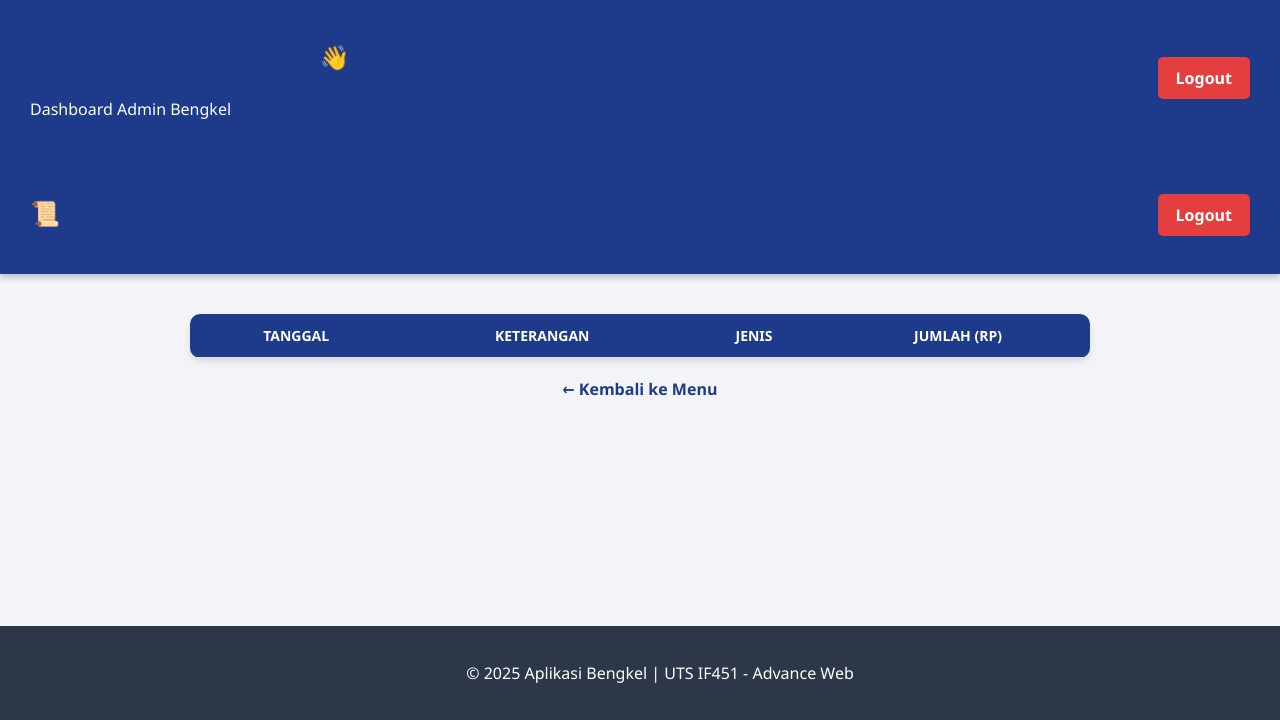
Repository: eligrahphilip/bengkel_managemen
Page: views/admin-history.ejs
The author's editor kept a copy of each file at every save. The page is drawn from the files as they stood at one save, then again after the next save.
The browser window is 1280 px wide. The pictures show the whole page.
The page is served by the project's Node server (server.js). The template is opened directly, without the code that normally fills it, so the values that code supplies are empty.

Above is the page before, as saved 2025-10-10 21:23:23.

### views/admin-history.ejs
<%- include('partials/header') %>
<link rel="stylesheet" href="/css/admin/admin-history.css">

<header>
  <h2>📜 Riwayat Transaksi</h2>
  <a href="/logout" class="logout-btn">Logout</a>
</header>

<main class="history-page">
  <table>
    <thead>
      <tr>
        <th>Tanggal</th>
        <th>Keterangan</th>
        <th>Jenis</th>
        <th>Jumlah (Rp)</th>
      </tr>
    </thead>
    <tbody>
      <% transactions.forEach(t => { %>
        <tr>
          <td><%= t.tanggal %></td>
          <td><%= t.keterangan || '-' %></td>
          <td class="<%= t.jenis === 'income' ? 'income' : 'expense' %>">
            <%= t.jenis === "income" ? "Pemasukan" : "Pengeluaran" %>
          </td>
          <td>Rp <%= t.jumlah.toLocaleString() %></td>
        </tr>
      <% }) %>
    </tbody>
  </table>

  <div class="back-link">
    <a href="/admin/menu">← Kembali ke Menu</a>
  </div>
</main>

<%- include('partials/footer') %>

### views/partials/header.ejs
<header>
  <div class="header-text">
    <h2>Selamat Datang, <%= user?.username || 'Admin' %> 👋</h2>
    <p>Dashboard Admin Bengkel</p>
  </div>
  <a href="/logout" class="logout-btn">Logout</a>
</header>

### views/partials/footer.ejs
<footer>
  <p>© 2025 Aplikasi Bengkel | UTS IF451 - Advance Web</p>
</footer>

### server.js
const express = require("express");
const path = require("path");
const fs = require("fs");
const bodyParser = require("body-parser");
const session = require("express-session");

const app = express();
const PORT = 3000;

// Middleware
app.use(bodyParser.urlencoded({ extended: true }));
app.use(express.static("public"));
app.use(
  session({
    secret: "bengkel-secret",
    resave: false,
    saveUninitialized: true,
  })
);

// Set EJS
app.set("view engine", "ejs");
app.set("views", path.join(__dirname, "views"));

// File data
const usersPath = path.join(__dirname, "data", "users.json");
const transPath = path.join(__dirname, "data", "transactions.json");

// === ROUTES ===

// Login
app.get("/", (req, res) => {
  res.render("login", { error: null });
});

// Proses login
app.post("/login", (req, res) => {
  const { username, password } = req.body;
  const users = JSON.parse(fs.readFileSync(usersPath));
  const user = users.find(
    (u) => u.username === username && u.password === password
  );

  if (!user) return res.render("login", { error: "Username atau password salah!" });

  req.session.user = user;
  if (user.role === "admin") return res.redirect("/admin/menu");
  else return res.redirect("/user");
});

// Logout
app.get("/logout", (req, res) => {
  req.session.destroy();
  res.redirect("/");
});

// === ADMIN ===

// Menu utama admin
app.get("/admin/menu", (req, res) => {
  if (!req.session.user || req.session.user.role !== "admin")
    return res.redirect("/");
  res.render("admin-menu", { user: req.session.user });
});

// Pencatatan Pemasukan
app.get("/admin/income", (req, res) => {
  if (!req.session.user || req.session.user.role !== "admin")
    return res.redirect("/");
  res.render("admin-income", { user: req.session.user });
});

// Pencatatan Pengeluaran
app.get("/admin/expense", (req, res) => {
  if (!req.session.user || req.session.user.role !== "admin")
    return res.redirect("/");
  res.render("admin-expense", { user: req.session.user });
});

// Tambah transaksi
app.post("/admin/add", (req, res) => {
  const { tanggal, keterangan, jumlah, jenis } = req.body;
  const transactions = JSON.parse(fs.readFileSync(transPath));

  const newTrans = {
    id: Date.now(),
    tanggal,
    keterangan,
    jumlah: parseFloat(jumlah),
    jenis, // income / expense
  };

  transactions.push(newTrans);
  fs.writeFileSync(transPath, JSON.stringify(transactions, null, 2));

  res.redirect("/admin/history");
});

// Riwayat transaksi
app.get("/admin/history", (req, res) => {
  if (!req.session.user || req.session.user.role !== "admin")
    return res.redirect("/");
  const transactions = JSON.parse(fs.readFileSync(transPath));
  res.render("admin-history", { user: req.session.user, transactions });
});

// Laporan Keuangan
app.get("/report", (req, res) => {
  if (!req.session.user || req.session.user.role !== "admin")
    return res.redirect("/");

  const transactions = JSON.parse(fs.readFileSync(transPath));

  const totalIncome = transactions
    .filter((t) => t.jenis === "income")
    .reduce((sum, t) => sum + t.jumlah, 0);

  const totalExpense = transactions
    .filter((t) => t.jenis === "expense")
    .reduce((sum, t) => sum + t.jumlah, 0);

  const saldo = totalIncome - totalExpense;

  res.render("report", {
    user: req.session.user,
    transactions,
    totalIncome,
    totalExpense,
    saldo,
  });
});

// === USER ===
app.get("/user", (req, res) => {
  if (!req.session.user || req.session.user.role !== "user")
    return res.redirect("/");
  res.render("user-catalog", { user: req.session.user });
});

app.listen(PORT, () =>
  console.log(`Server running on http://localhost:${PORT}`)
);

### public/css/admin/admin-history.css
body {
  font-family: "Segoe UI", Tahoma, Geneva, Verdana, sans-serif;
  background-color: #f2f4f7;
  margin: 0;
  padding-bottom: 80px; /* biar konten gak ketutupan footer */
}

header {
  background-color: #1E3A8A;
  color: white;
  padding: 20px 30px;
  display: flex;
  justify-content: space-between;
  align-items: center;
  box-shadow: 0 4px 6px rgba(0, 0, 0, 0.2);
}

.logout-btn {
  background-color: #e53e3e;
  color: white;
  padding: 10px 18px;
  border-radius: 5px;
  text-decoration: none;
  font-weight: bold;
  transition: 0.3s;
}

.logout-btn:hover {
  background-color: #c53030;
}

main {
  padding: 40px;
  max-width: 900px;
  margin: 0 auto;
}

h2 {
  text-align: center;
  margin-bottom: 25px;
  color: #1E3A8A;
}

table {
  width: 100%;
  border-collapse: collapse;
  background: white;
  box-shadow: 0 4px 6px rgba(0,0,0,0.1);
  border-radius: 10px;
  overflow: hidden;
}

th, td {
  padding: 12px;
  border-bottom: 1px solid #ddd;
  text-align: center;
}

th {
  background-color: #1E3A8A;
  color: white;
  text-transform: uppercase;
  font-size: 14px;
}

tr:hover {
  background-color: #f9fafb;
}

.income {
  color: #16a34a;
  font-weight: bold;
}

.expense {
  color: #dc2626;
  font-weight: bold;
}

.back-link {
  text-align: center;
  margin-top: 20px;
}

.back-link a {
  color: #1E3A8A;
  text-decoration: none;
  font-weight: bold;
}

.back-link a:hover {
  text-decoration: underline;
}

footer {
  text-align: center;
  padding: 20px;
  background-color: #2d3748;
  color: white;
  position: fixed;
  bottom: 0;
  width: 100%;
}

After the next save:
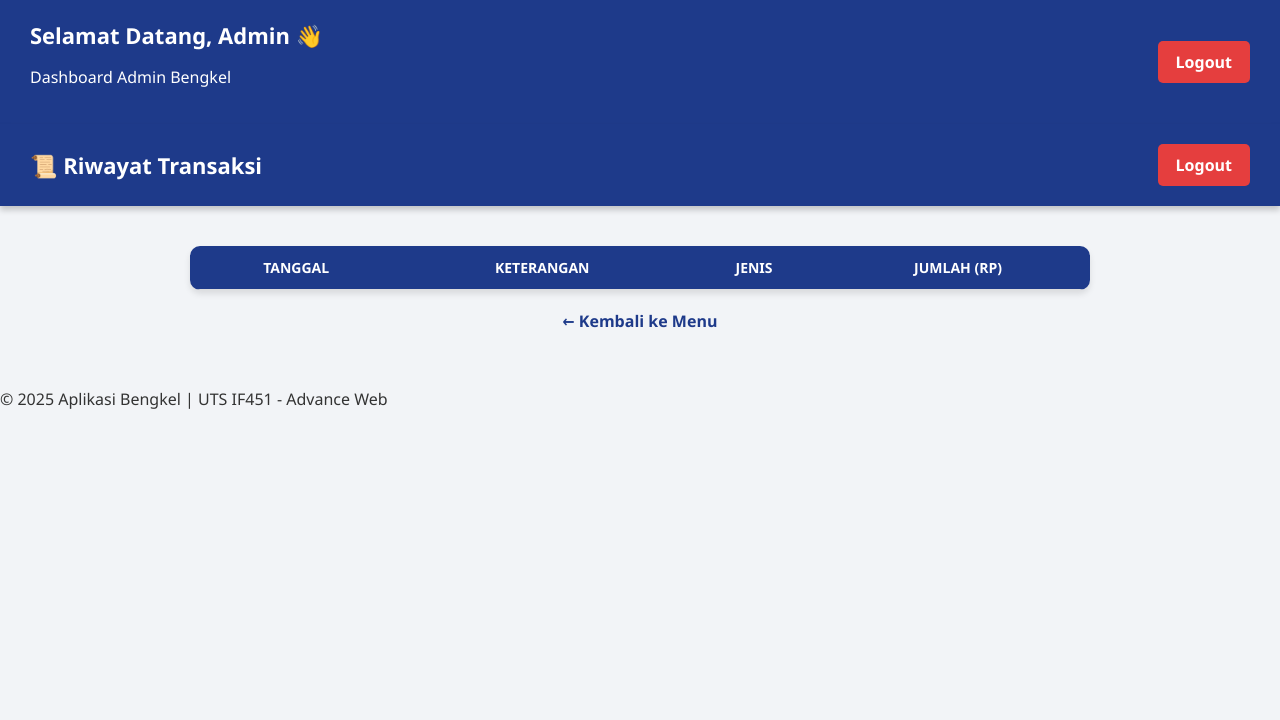
Saved 14 s later.
--- a/public/css/admin/admin-history.css
+++ b/public/css/admin/admin-history.css
@@ -2,9 +2,10 @@ body {
   font-family: "Segoe UI", Tahoma, Geneva, Verdana, sans-serif;
   background-color: #f2f4f7;
   margin: 0;
-  padding-bottom: 80px; /* biar konten gak ketutupan footer */
+  color: #333;
 }
 
+/* === NAVBAR === */
 header {
   background-color: #1E3A8A;
   color: white;
@@ -13,6 +14,12 @@ header {
   justify-content: space-between;
   align-items: center;
   box-shadow: 0 4px 6px rgba(0, 0, 0, 0.2);
+}
+
+header h2 {
+  margin: 0;
+  font-size: 22px;
+  font-weight: bold;
 }
 
 .logout-btn {
@@ -29,16 +36,11 @@ header {
   background-color: #c53030;
 }
 
+/* === MAIN CONTENT === */
 main {
   padding: 40px;
   max-width: 900px;
   margin: 0 auto;
-}
-
-h2 {
-  text-align: center;
-  margin-bottom: 25px;
-  color: #1E3A8A;
 }
 
 table {
@@ -91,13 +93,3 @@ tr:hover {
 .back-link a:hover {
   text-decoration: underline;
 }
-
-footer {
-  text-align: center;
-  padding: 20px;
-  background-color: #2d3748;
-  color: white;
-  position: fixed;
-  bottom: 0;
-  width: 100%;
-}
